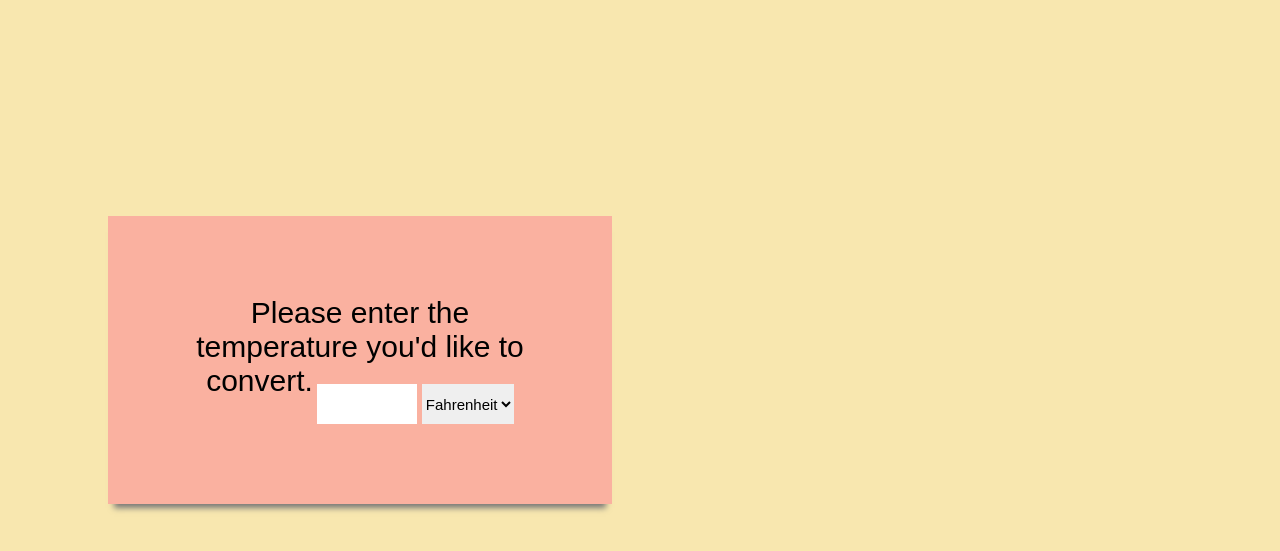
Repository: Mayur2905/OIBSIP
Page: Task-4/index.html
These files come from the project's save history. The page is drawn as it stood at one moment and after the next save; the edit follows.
The browser window is 1280 px wide. The pictures show the whole page.

Above is the page before, as saved 2022-02-03 22:21:18.

After the next save:
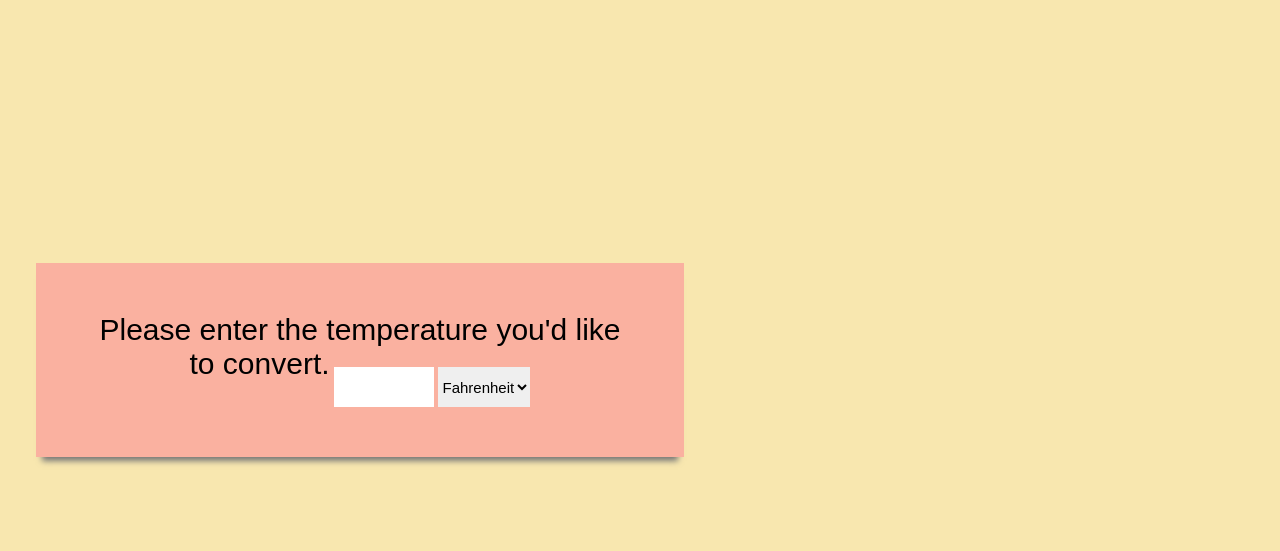
Saved 28 s later.
--- a/Task-4/style.css
+++ b/Task-4/style.css
@@ -15,8 +15,8 @@ body {
 
 form {
   background-color: #fab1a0;
-  padding: 80px;
-  width: 70%;
+  padding: 50px;
+  width: 90%;
   margin: auto;
   text-align: center;
   align-items: center;
